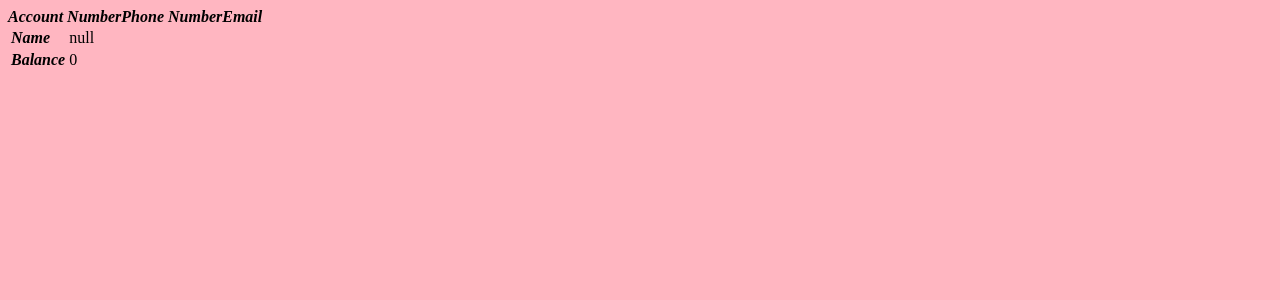
Repository: testGitHub1234cell/Test1
Page: http://localhost/nb/nb/userDetails.jsp
The author's editor kept a copy of each file at every save. The page is drawn from the files as they stood at one save, then again after the next save.
The browser window is 1280 px wide. The pictures show the whole page.
The page is served by Tomcat 9.

Above is the page before, as saved 2016-12-18 09:56:46.

After the next save:
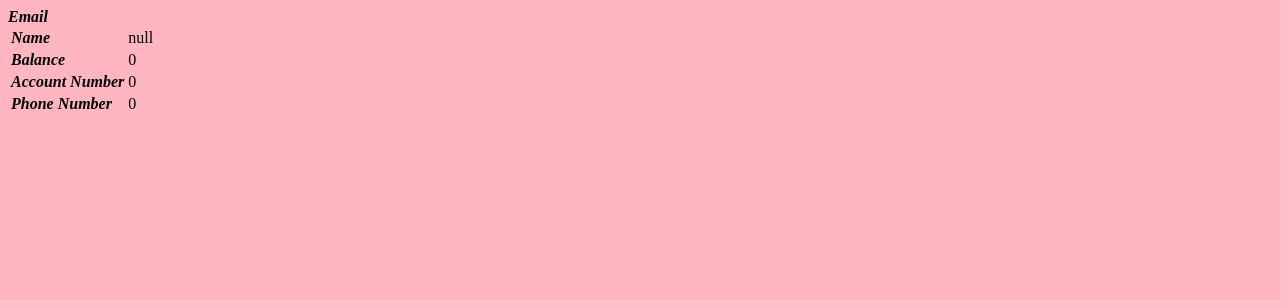
Saved 2 min 12 s later.
--- a/nb/nb/userDetails.jsp
+++ b/nb/nb/userDetails.jsp
@@ -16,9 +16,9 @@
 <td><b><i>Balance</i></b></td><td><jsp:getProperty  property="balance" name="CustBean" /></td>
 </tr>
 <tr>
-<b><i>Account Number</i></b>
+<td><b><i>Account Number</i></b></td><td><jsp:getProperty  property="accountNo" name="CustBean" /></td>
 <tr>
-<b><i>Phone Number</i></b>
+<td><b><i>Phone Number</i></b></td><td><jsp:getProperty  property="phoneNo" name="CustBean" /></td>
 </tr>
 <tr>
 <b><i>Email</i></b>
